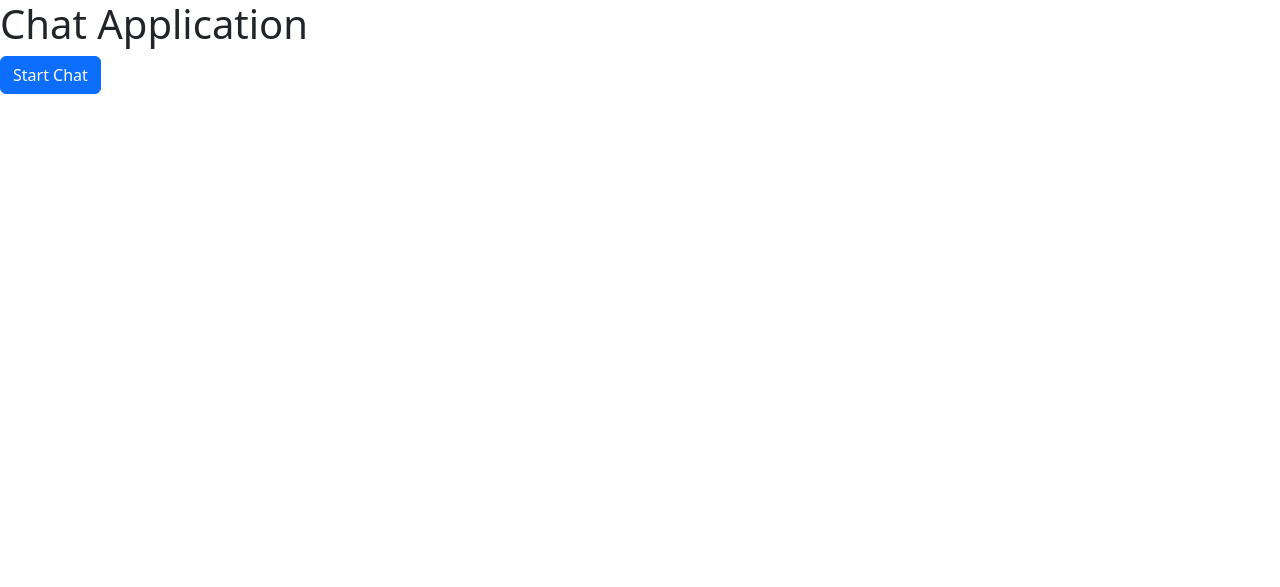
Repository: anonymous1508/chat-app-using-sockjs-and-websockets-in-spring-boot
Page: src/main/resources/templates/chat.html
These files come from the project's save history. The page is drawn as it stood at one moment and after the next save; the edit follows.
The browser window is 1280 px wide. The pictures show the whole page.

Above is the page before, as saved 2025-06-15 14:43:25.

### src/main/resources/templates/chat.html
<!DOCTYPE html>
<html lang="en">
<head>
    <meta charset="UTF-8">
    <meta name="viewport" content="width=device-width, initial-scale=1.0">
    <title>Chat Application</title>
    <link href="https://cdn.jsdelivr.net/npm/bootstrap@5.3.6/dist/css/bootstrap.min.css" rel="stylesheet" integrity="sha384-4Q6Gf2aSP4eDXB8Miphtr37CMZZQ5oXLH2yaXMJ2w8e2ZtHTl7GptT4jmndRuHDT" crossorigin="anonymous">
</head>
<body>
    <h1>Chat Application</h1>
    <button id="startChat" class="btn btn-primary">Start Chat</button>
    <div id="chatContainer" class="mt-3" style="display: none;">
        <div id="messages" class="mb-3"></div>
        <input type="text" id="messageInput" class="form-control" placeholder="Type your message here...">
        <button id="sendMessage" class="btn btn-success mt-2">Send</button>
    </div>
</body>
</html>

After the next save:
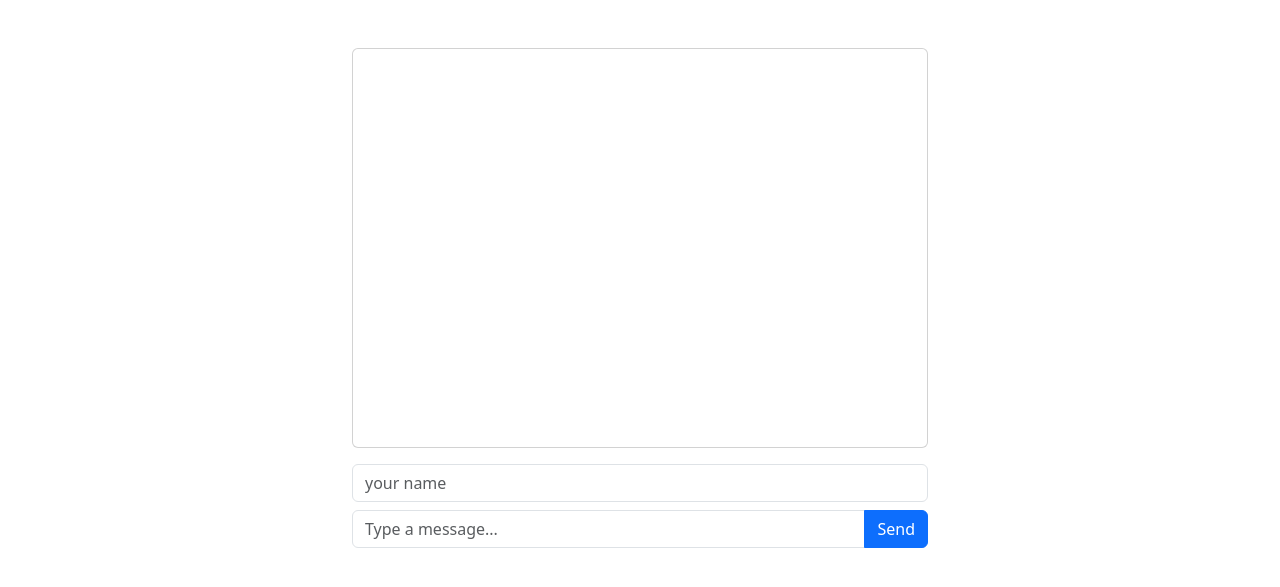
Saved 7 min 20 s later.
--- a/src/main/resources/templates/chat.html
+++ b/src/main/resources/templates/chat.html
@@ -7,12 +7,17 @@
     <link href="https://cdn.jsdelivr.net/npm/bootstrap@5.3.6/dist/css/bootstrap.min.css" rel="stylesheet" integrity="sha384-4Q6Gf2aSP4eDXB8Miphtr37CMZZQ5oXLH2yaXMJ2w8e2ZtHTl7GptT4jmndRuHDT" crossorigin="anonymous">
 </head>
 <body>
-    <h1>Chat Application</h1>
-    <button id="startChat" class="btn btn-primary">Start Chat</button>
-    <div id="chatContainer" class="mt-3" style="display: none;">
-        <div id="messages" class="mb-3"></div>
-        <input type="text" id="messageInput" class="form-control" placeholder="Type your message here...">
-        <button id="sendMessage" class="btn btn-success mt-2">Send</button>
+<div class="container mt-5" style="max-width: 600px;">
+    <div class="card mb-3" style="height: 400px; overflow-y: auto;">
+        <div class="card-body" id="messagesContainer">
+            <!-- Messages will appear here -->
+        </div>
     </div>
+    <input type="text" class="form-control mb-2" placeholder="your name" id="nameInput">
+    <div class="input-group">
+        <input type="text" class="form-control" placeholder="Type a message..." id="messageInput">
+        <button class="btn btn-primary" type="button" id="sendButton">Send</button>
+    </div>
+</div>
 </body>
 </html>
